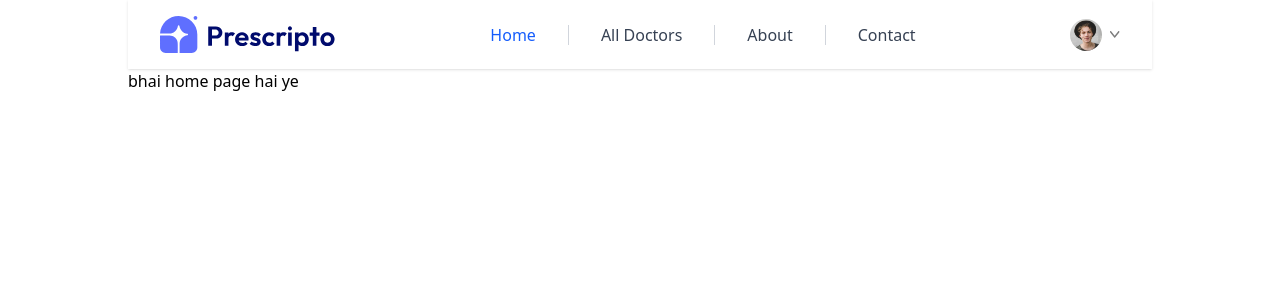
Repository: Pran2535/appointement_booking
Page: / (app in frontend/)
The author's editor kept a copy of each file at every save. The page is drawn from the files as they stood at one save, then again after the next save.
The browser window is 1280 px wide. The pictures show the whole page.
The project was rebuilt for these pictures with package versions that can differ from the ones it lists, and the page was loaded fresh each time. Also part of the build but not shown: frontend/vite.config.js, frontend/src/pages/About.jsx, frontend/src/pages/MyAppointments.jsx, frontend/src/pages/Doctors.jsx, frontend/src/pages/Login.jsx, frontend/src/pages/Contact.jsx, frontend/src/pages/MyProfile.jsx, frontend/src/pages/Appointment.jsx.

Above is the page before, as saved 2025-02-16 20:46:28.

After the next save:
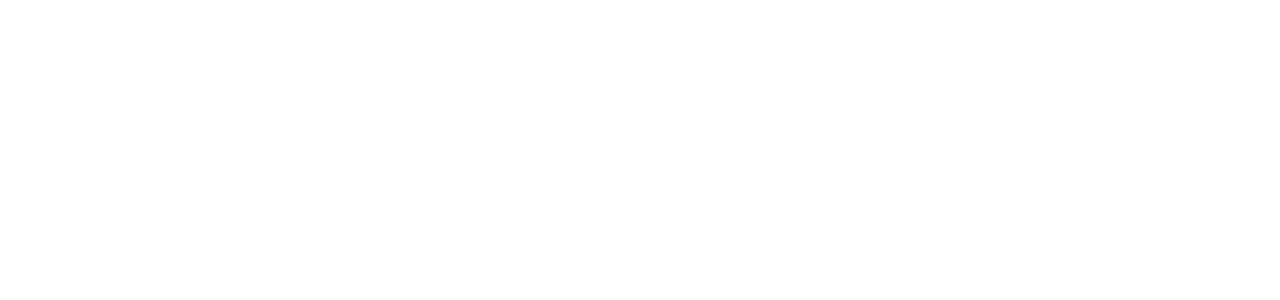
Console error (its wording comes from the project's code and is left out).
Saved 17 s later.
--- a/frontend/src/pages/Home.jsx
+++ b/frontend/src/pages/Home.jsx
@@ -3,7 +3,7 @@
 const Home = () => {
   return (
     <div>
-      bhai home page hai ye
+      <Headers/>
     </div>
   )
 }

After the 2 saves that followed:
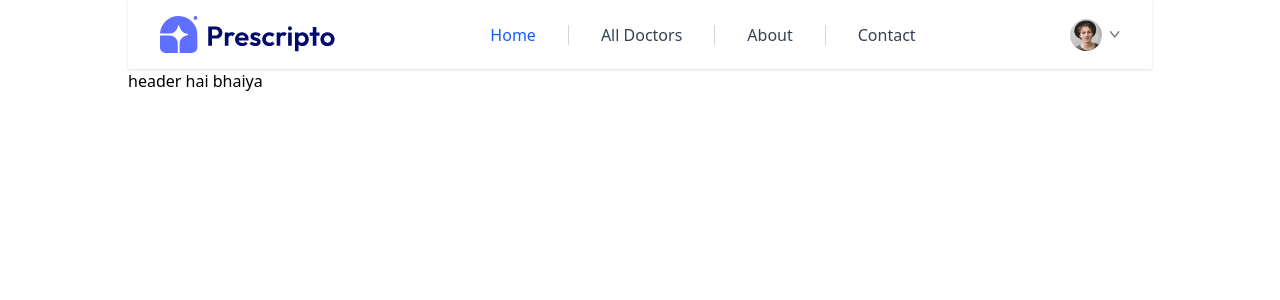
The error is gone.
The 2 saves are shown as one change because 1 left the picture as it was.
The last was saved 50 s later.
--- a/frontend/src/pages/Home.jsx
+++ b/frontend/src/pages/Home.jsx
@@ -1,9 +1,10 @@
 import React from 'react'
+import Header from '../components/Header'
 
 const Home = () => {
   return (
     <div>
-      <Headers/>
+      <Header/>
     </div>
   )
 }
